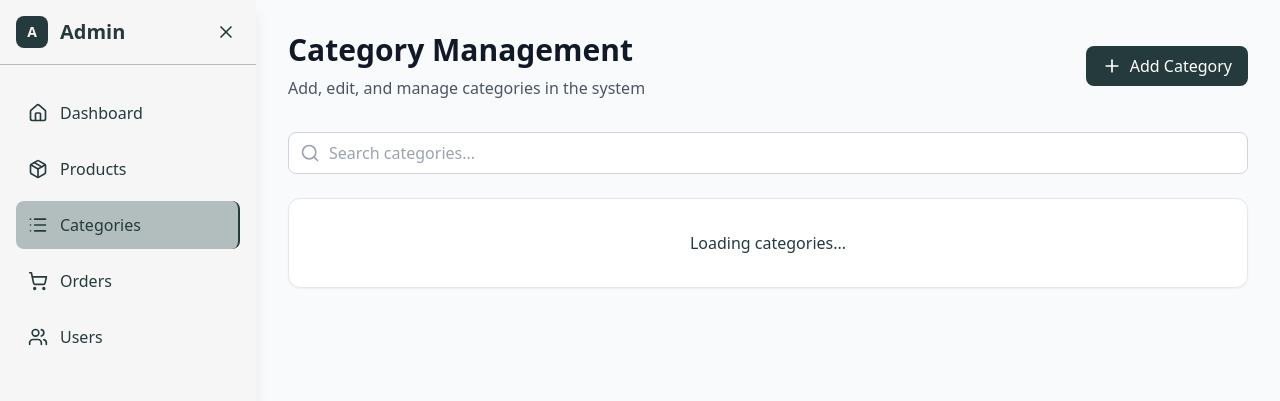
Repository: Tlyl1111/homz-admin
Page: /categories
The author's editor kept a copy of each file at every save. The page is drawn from the files as they stood at one save, then again after the next save.
The browser window is 1280 px wide. The pictures show the whole page.
The page's requests for data from a server got no answer. The project was rebuilt for these pictures with package versions that can differ from the ones it lists, and the page was loaded fresh each time. No one was signed in, and anything a server would have sent is missing. Also part of the build but not shown: vite.config.ts, src/components/ui/tooltip.tsx, src/components/DashboardStats.tsx, src/components/SalesChart.tsx, src/components/RecentOrders.tsx, src/pages/Index.tsx, src/components/ProductTable.tsx, src/components/ProductForm.tsx and 11 more.

Above is the page before, as saved 2025-06-11 13:48:07.

After the next save:
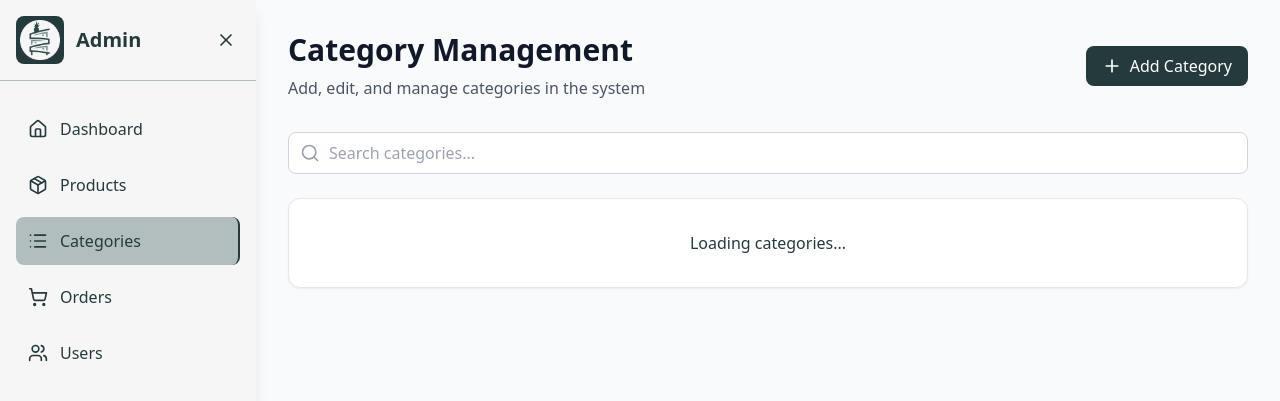
Saved 60 s later.
--- a/src/components/Sidebar.tsx
+++ b/src/components/Sidebar.tsx
@@ -25,8 +25,8 @@ export const Sidebar = ({ isOpen, onToggle }: SidebarProps) => {
       <div className="p-4 border-b border-sidebar-border">
         <div className="flex items-center justify-between">
           <div className={`flex items-center ${isOpen ? '' : 'justify-center'}`}>
-            <div className="w-8 h-8 bg-primary rounded-lg flex items-center justify-center">
-              <span className="text-primary-foreground font-bold text-sm">A</span>
+            <div className="w-12 h-12 bg-primary rounded-lg flex items-center justify-center">
+            <img src="/favicon.ico" alt="Logo" className="max-w-[40px] max-h-[40px] object-contain" />
             </div>
             {isOpen && (
               <span className="ml-3 text-xl font-bold text-sidebar-foreground">Admin</span>
